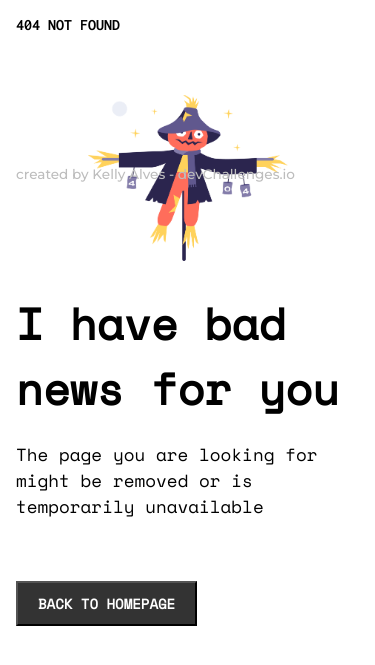
Repository: kellyalves87/404_not_found
Page: index.html
These files come from the project's save history. The page is drawn as it stood at one moment and after the next save; the edit follows.
The browser window is 375 px wide. The pictures show the whole page.

Above is the page before, as saved 2021-05-16 15:58:12.

After the next save:
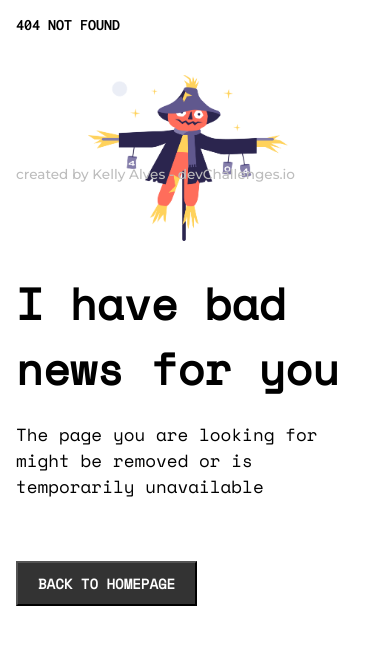
Saved 11 s later.
--- a/style/index.css
+++ b/style/index.css
@@ -12,7 +12,7 @@
   }
 
   .content img {
-    padding-top: 30px;
+    padding-top: 10px;
     display: flex;
     margin: auto;
     width: 200px;
